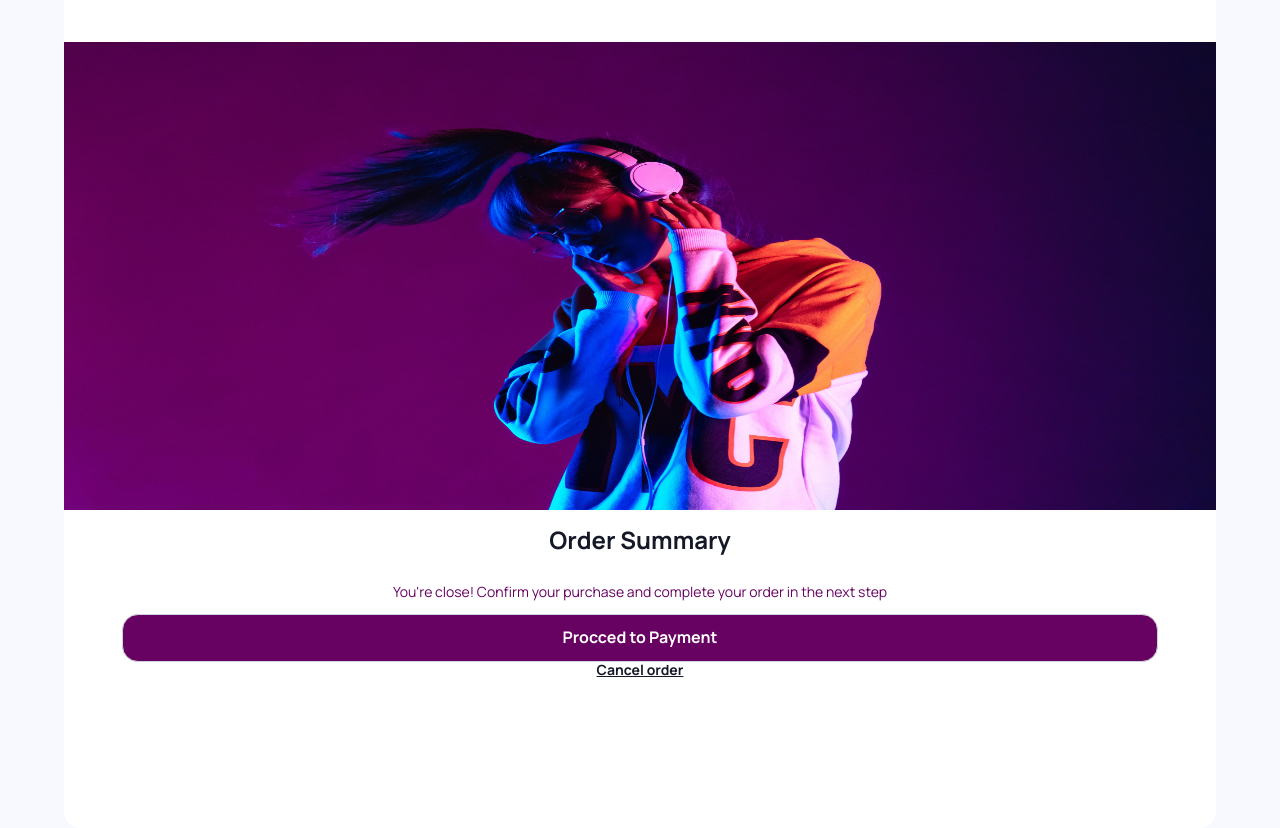
Repository: ssynowiec/INVO-Academy-solution
Page: /
These files come from the project's save history. The page is drawn as it stood at one moment and after the next save; the edit follows.
The browser window is 1280 px wide. The pictures show the whole page.
The project was rebuilt for these pictures with package versions that can differ from the ones it lists, and the page was loaded fresh each time.

Above is the page before, as saved 2023-02-16 09:44:05.

### index.html
<!DOCTYPE html>
<html lang="en">

<head>
  <meta charset="UTF-8" />
  <link rel="icon" type="image/svg+xml" href="/vite.svg" />
  <meta name="viewport" content="width=device-width, initial-scale=1.0" />
  <title>INVO Academy JS Starter with Vite</title>
</head>

<!-- In order to start your challenge, remove all the content inside <div id="home-page"></div> and start coding :) -->

<body>
  <div id="home-page" class="container">
    <section class="order">
      <img src="/images/girl.jpeg" alt="" class="order-image">
      <h1 class="order-title">Order Summary</h1>
      <p class="order-description">You're close! Confirm your purchase and complete your order in the next step</p>
      <div></div>
      <button class="order-button">Procced to Payment</button>
      <a href="#" class="order-link">Cancel order</a>
    </section>
  </div>

  <script type="module" src="/src/global-scripts/main.js"></script>
  <script type="module" src="/src/pages/home-page/scripts/home-page.js"></script>
</body>

</html>

### src/pages/home-page/scripts/home-page.js
/// Homepage JavaScript File
/// Here we import all the JavaScript files we need for our homepage.

import '../styles/home-page.scss';

### src/global-styles/style.scss
/// Main Styles File
/// Here we import all the global Styles files we need for our project.

@import 'styles/normalize.scss';
@import 'styles/root.scss';
@import 'styles/fonts.scss';

body {
	font-family: 'Manrope', sans-serif;
	color: var(--color-primary);
	background-color: var(--color-background);
	display: flex;
	justify-content: center;
	align-items: center;
	height: 100vh;
}

p {
	color: var(--color-on-surface);
}

### src/pages/home-page/styles/home-page.scss
/// Homepage Styles File
/// Here we import all the Styles files we need for our Homepage.

.container {
	display: flex;
	justify-content: center;
}

.order {
	display: flex;
	flex-direction: column;
	justify-content: center;
	align-items: center;
	width: 90%;
	border-radius: 16px;
	overflow: hidden;
	background-color: var(--color-white);

	&-image {
		width: 100%;
		height: 50%;
	}

	&-title {
		font-weight: bold;
		font-size: 24px;
		color: var(--color-title);
	}

	&-description {
		font-size: 14px;
		text-align: center;
	}

	&-button {
		width: 90%;
		padding: 10px;
		border-radius: 16px;
		font-weight: bold;
		font-size: 16px;
		line-height: 160%;
		letter-spacing: -1%;
		border: 1px solid var(--color-stroke);
		background-color: var(--color-primary);
		color: var(--color-white);
		cursor: pointer;

		&:hover {
			background-color: var(--color-primary-hover);
		}
	}

	&-link {
		letter-spacing: -1%;
		font-size: 14px;
		font-weight: bold;
		color: var(--color-title);
	}
}

### src/global-styles/styles/root.scss
/// Root Styles file
/// Here we define all the root variables we need for our project.
/// For examples see Material Design color system: https://m2.material.io/design/color/the-color-system.html

:root {
	--color-primary: #680262;
	--color-primary-hover: #490245;
	--color-background: #f8f9fe;
	--color-title: #151827;
	--color-body: #85859b;
	--color-stroke: #cfd1dd;
	--color-white: #ffffff;
}

### src/global-styles/styles/fonts.scss
/// Main Fonts File
/// Here we import all the fonts files we need for our project.

@import url('https://fonts.googleapis.com/css2?family=Manrope:wght@200;300;400;500;600;700;800&display=swap');

Loaded but not shown: src/global-scripts/main.js (common file); src/global-styles/styles/normalize.scss (common file)

After the next save:
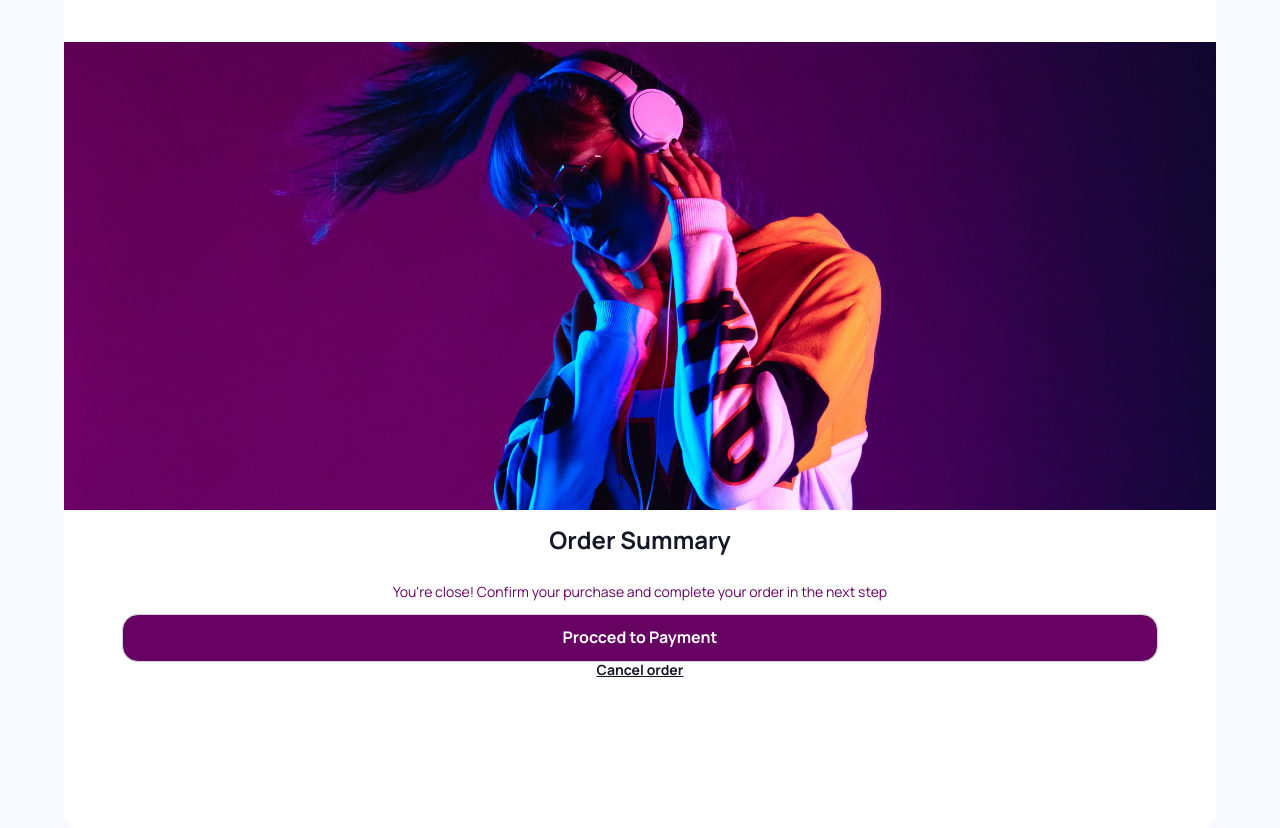
Saved 11 s later.
--- a/src/pages/home-page/styles/home-page.scss
+++ b/src/pages/home-page/styles/home-page.scss
@@ -19,6 +19,7 @@
 	&-image {
 		width: 100%;
 		height: 50%;
+		object-fit: cover;
 	}
 
 	&-title {
